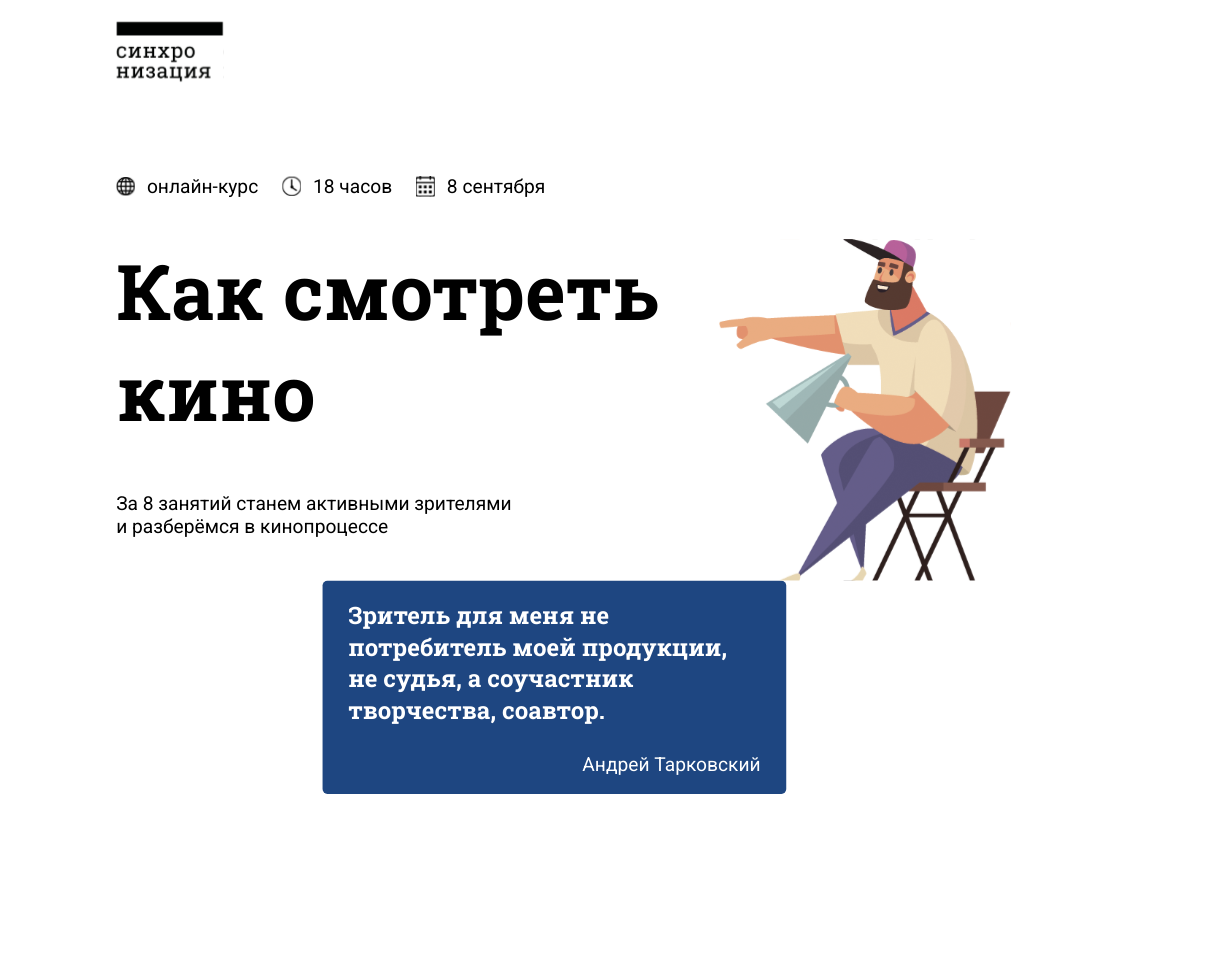
Repository: kubrazamanova/project1
Page: index.html
The author's editor kept a copy of each file at every save. The page is drawn from the files as they stood at one save, then again after the next save.
The browser window is 1280 px wide. The pictures show the whole page, at 96% of full size.

Above is the page before, as saved 2023-09-09 13:10:01.

After the next save:
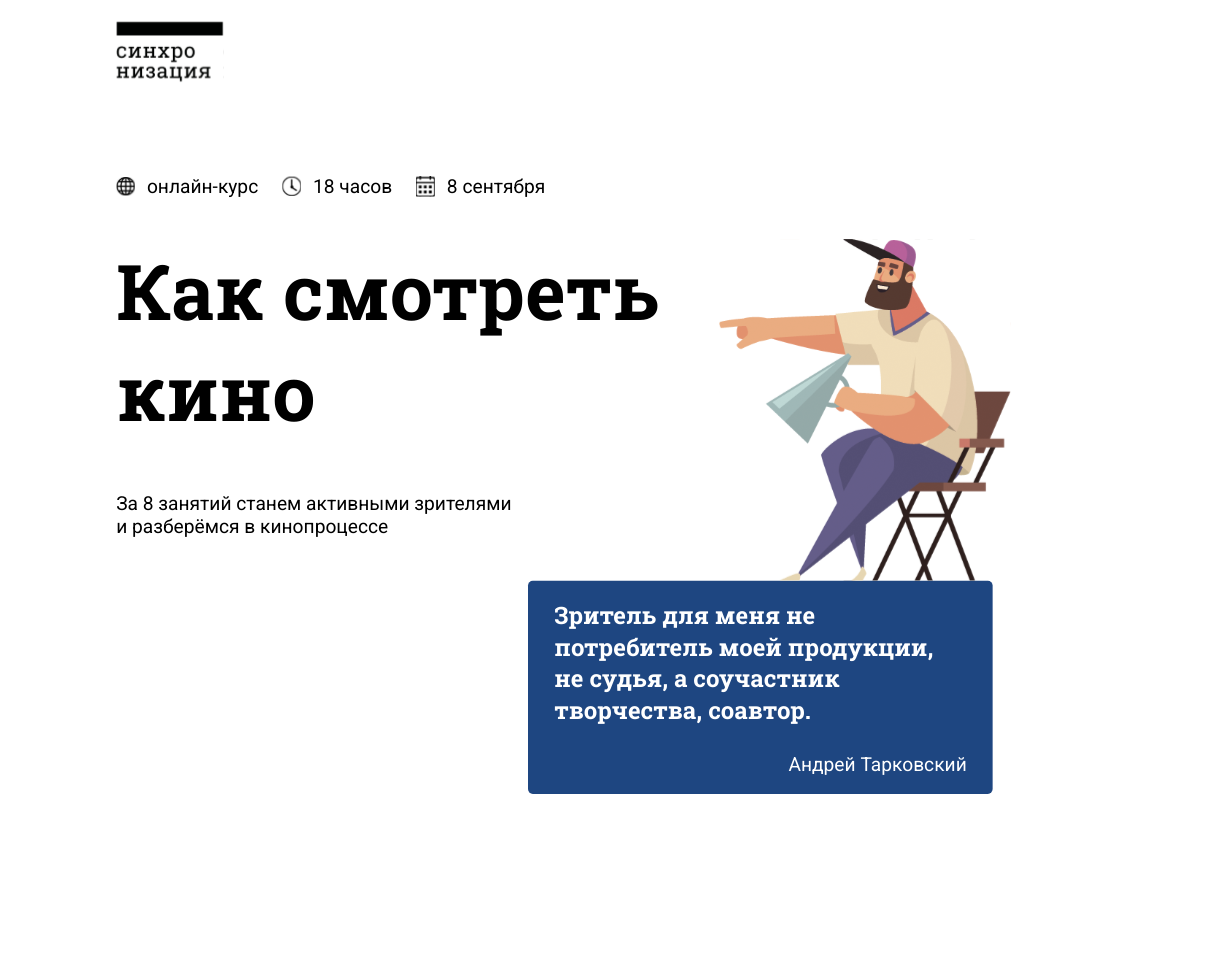
Saved 21 s later.
--- a/index.css
+++ b/index.css
@@ -61,7 +61,7 @@
 }
 
 .container .card-box {
-    margin: auto;
+    margin-left: auto;
     padding: 19px 27px;
   border-radius: 5px;
   background: #1e4681;

After the save that followed:
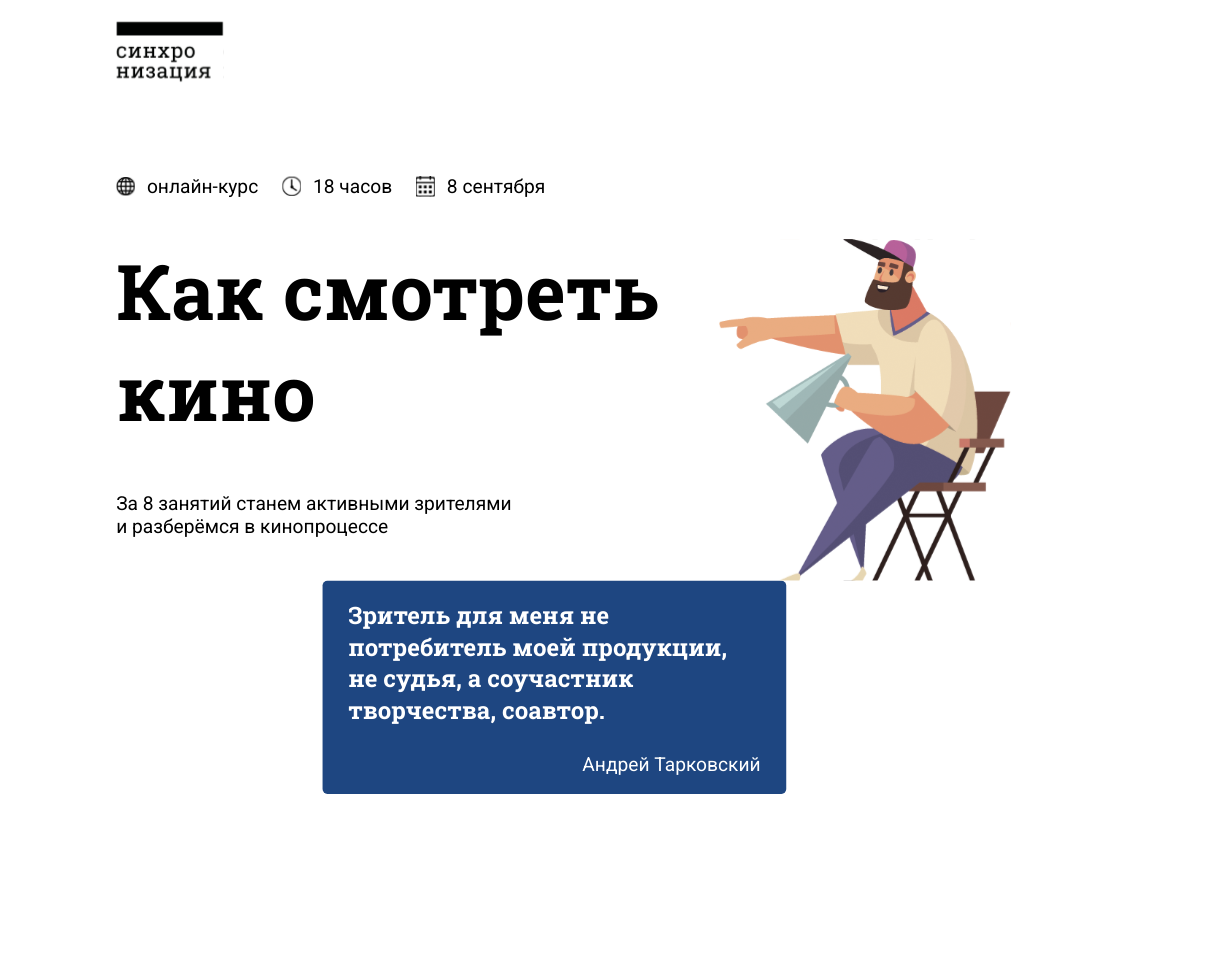
Saved 8 s later.
--- a/index.css
+++ b/index.css
@@ -61,7 +61,7 @@
 }
 
 .container .card-box {
-    margin-left: auto;
+    margin: auto;
     padding: 19px 27px;
   border-radius: 5px;
   background: #1e4681;
